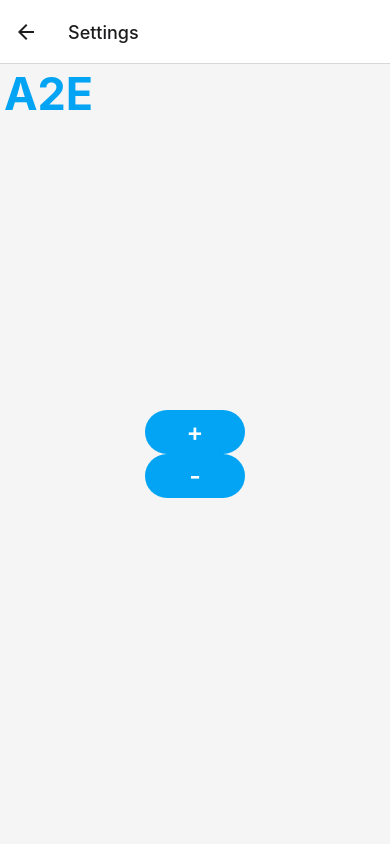
Repository: amartinM1/A2E-UI
Page: /Settings
These files come from the project's save history. The page is drawn as it stood at one moment and after the next save; the edit follows.
The browser window is 390 px wide. The pictures show the whole page.
The app was drawn by React Native's web renderer in a window 390 px wide. The project was rebuilt for these pictures with package versions that can differ from the ones it lists, and the page was loaded fresh each time. Some packages were replaced by stand-ins written for this rebuild. Also part of the build but not shown: pages/profile.js, server/server.js, pages/home.js.

Above is the page before, as saved 2023-02-22 10:51:11.

### App.js
import { StatusBar } from 'expo-status-bar';
import React from 'react';
import { StyleSheet, Text, View } from 'react-native';
import Launch from './pages/launch.js';
import Navigator from './navigation/navigator.js';

export default function App() {
  return (
    <Navigator/>
  );
}

### pages/launch.js
import React, {Component} from 'react';
import {
    Text,
    View,
    StyleSheet,
    TouchableOpacity,
} from 'react-native';

function Button({onPress, children}) {
    return (
        <TouchableOpacity onPress={onPress} style={styles.button}>
                <Text style={styles.button_text}>{children}</Text>
        </TouchableOpacity>
    );
}

function Launch({navigation}) {
    return (
        <View style={styles.container}>
            <View style={styles.background_container}>
                <Text style={styles.logo}>A2E</Text>
            </View>
            <View style={styles.main_container}>
                <Text style={styles.title}>Welcome to{"\n"}ASL-to-English</Text>
                <Text style={styles.body}>We translate your ASL to English all in one application.</Text>
                <Button onPress={() => navigation.navigate('Home') }>Get Started</Button>
            </View>
        </View>
    );
}

const styles = StyleSheet.create({
    container: {
        flex: 1,
        alignItems: 'center',
    },
    background_container: {
        position: 'absolute',
        top: 0,
        bottom: 0,
        left: 0,
        right: 0,
        backgroundColor: '#F5F5F5',
    },
    main_container: {
        flex: 1,
        justifyContent: 'center',
        alignItems: 'center',
    },
    logo: {
        fontSize: 45,
        fontWeight: 'bold',
        color: '#04a4f4',
        textAlign: 'left',
        marginLeft: '1%',
        marginTop: '0.5%',
    },
    title: {
        fontSize: 45,
        fontWeight: 'bold',
        color: '#04a4f4',
        marginBottom: '2.5%',
        textAlign: 'center',
    },
    body: {
        fontSize: 20,
        fontWeight: '400',
        color: '#04a4f4',
        marginBottom: '4%',
        textAlign: 'center',
    },
    button: {
        alignItems: 'center',
        backgroundColor: '#04a4f4',
        padding: 10,
        borderRadius: 50,
        width: 250,
    },
    button_text: {
        marginBottom: 2,
        marginTop: 2,
        fontSize: 25,
        fontWeight: '600',
        color: '#FFFFFF',
    },
})

export default Launch;

### navigation/navigator.js
import React from 'react';
import { NavigationContainer } from '@react-navigation/native';
import { createNativeStackNavigator } from '@react-navigation/native-stack';

//pages
import Launch from '../pages/launch';
import Home from '../pages/home';
import Profile from '../pages/profile';
import Settings from '../pages/settings';

//stacks
const LaunchStack = createNativeStackNavigator();

//Launch Page Stack
function Navigator() {
    return (
        <NavigationContainer>
            <LaunchStack.Navigator>
                <LaunchStack.Screen
                    name="Launch"
                    component={Launch}
                    options={{headerShown: false}}
                />
                <LaunchStack.Screen
                    name="Home"
                    component={Home}
                    options={{headerShown: false}}
                />
                <LaunchStack.Screen
                    name="Profile"
                    component={Profile}
                />
                <LaunchStack.Screen
                    name="Settings"
                    component={Settings}
                />
            </LaunchStack.Navigator>
        </NavigationContainer>
    );
}

export default Navigator;

### pages/settings.js
import React, {Component,useState} from 'react';
import {
    Text,
    View,
    StyleSheet,
    TouchableOpacity,
} from 'react-native';
import "./dynamicfont.js";
import externalStyle from './dynamicfont.js';

// Button Object
function Button({onPress, children, toStyle, textStyle}) {
    return (
        <TouchableOpacity onPress={onPress} style={toStyle}>
            <Text style={textStyle}>{children}</Text>
        </TouchableOpacity>
    );
}

function Settings({navigation}) {

    const [fontSize, setFontSize] = useState(10);
    return (
        <View style={styles.container}>
            <View style={styles.background_container}>
                <Text style={styles.logo}>A2E</Text>
            </View>
            <View style={styles.main_container}>
                <Button
                            onPress={() =>externalStyle}
                            toStyle={styles.button1}
                            textStyle={styles.button_text}
                        >
                        +
                </Button>
                <Button
                            onPress={() =>externalStyle}
                            toStyle={styles.button2}
                            textStyle={styles.button_text}
                        >
                        -
                </Button>



            </View>
        </View>
    );
}

const styles = StyleSheet.create({
    container: {
        flex: 1,
        alignItems: 'center',
    },
    background_container: {
        position: 'absolute',
        top: 0,
        bottom: 0,
        left: 0,
        right: 0,
        backgroundColor: '#F5F5F5',
    },
    main_container: {
        flex: 1,
        justifyContent: 'center',
        alignItems: 'center',
    },
    logo: {
        fontSize: 45,
        fontWeight: 'bold',
        color: '#04a4f4',
        textAlign: 'left',
        marginLeft: '1%',
        marginTop: '0.5%',
    },
    button1: {
        alignItems: 'center',
        backgroundColor: '#04a4f4',
        padding: 5,
        borderRadius: 30,
        width: 100,
    },
    button2: {
        alignItems: 'center',
        backgroundColor: '#04a4f4',
        padding: 5,
        borderRadius: 30,
        width: 100,
    },
    button_text: {
        marginBottom: 2,
        marginTop: 2,
        fontSize: 25,
        fontWeight: '600',
        color: '#FFFFFF',
    },

});

export default Settings;

### pages/dynamicfont.js
import {StyleSheet} from 'react-native'

const externalStyle = StyleSheet.create({

    textStyle:{
        fontSize: 30

    }
})

export default externalStyle;

Loaded but not shown: index.js (common file)

After the next save:
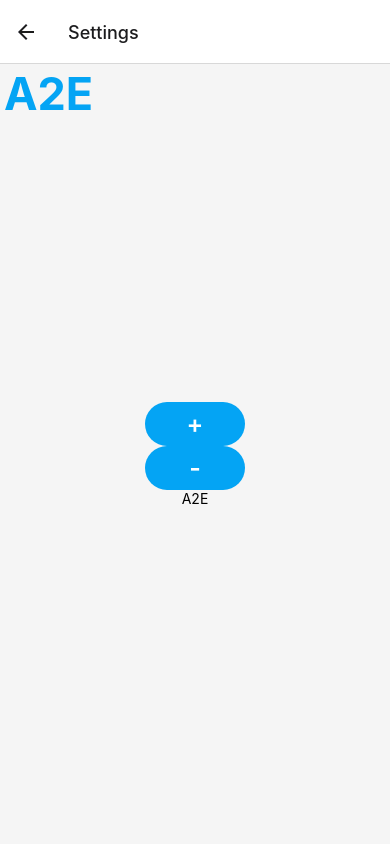
Saved 19 min 58 s later.
--- a/pages/settings.js
+++ b/pages/settings.js
@@ -6,7 +6,8 @@ import {
     TouchableOpacity,
 } from 'react-native';
 import "./dynamicfont.js";
-import externalStyle from './dynamicfont.js';
+import dynamicfont from './dynamicfont.js';
+import changeFont from './dynamicfont.js';
 
 // Button Object
 function Button({onPress, children, toStyle, textStyle}) {
@@ -19,7 +20,7 @@ function Button({onPress, children, toStyle, textStyle}) {
 
 function Settings({navigation}) {
 
-    const [fontSize, setFontSize] = useState(10);
+
     return (
         <View style={styles.container}>
             <View style={styles.background_container}>
@@ -27,20 +28,21 @@ function Settings({navigation}) {
             </View>
             <View style={styles.main_container}>
                 <Button
-                            onPress={() =>externalStyle}
+                            onPress={() =>changeFont}
                             toStyle={styles.button1}
                             textStyle={styles.button_text}
                         >
                         +
                 </Button>
                 <Button
-                            onPress={() =>externalStyle}
+                            onPress={() =>changeFont}
                             toStyle={styles.button2}
                             textStyle={styles.button_text}
                         >
                         -
                 </Button>
 
+                <Text style={{fontSize: dynamicfont.fontSize}}>A2E</Text>
 
 
             </View>
--- a/pages/dynamicfont.js
+++ b/pages/dynamicfont.js
@@ -1,11 +1,36 @@
 import {StyleSheet} from 'react-native'
+import React, {Component,useState} from 'react';
 
+
+const dynamicfont = () =>{
+const [fontSize, setFontSize] = useState(10);
+
+
+const changeFont =() => {
+
+setFontSize(fontSize+5);
+}
 const externalStyle = StyleSheet.create({
 
-    textStyle:{
+
+    fontOne:{
+        fontSize: 15
+
+    },
+    fontTwo:{
+        fontSize: 20
+
+    },
+    fontThree:{
+        fontSize: 25
+
+    },
+    fontFour:{
         fontSize: 30
 
     }
+
 })
+}
 
-export default externalStyle;
+export default dynamicfont;
